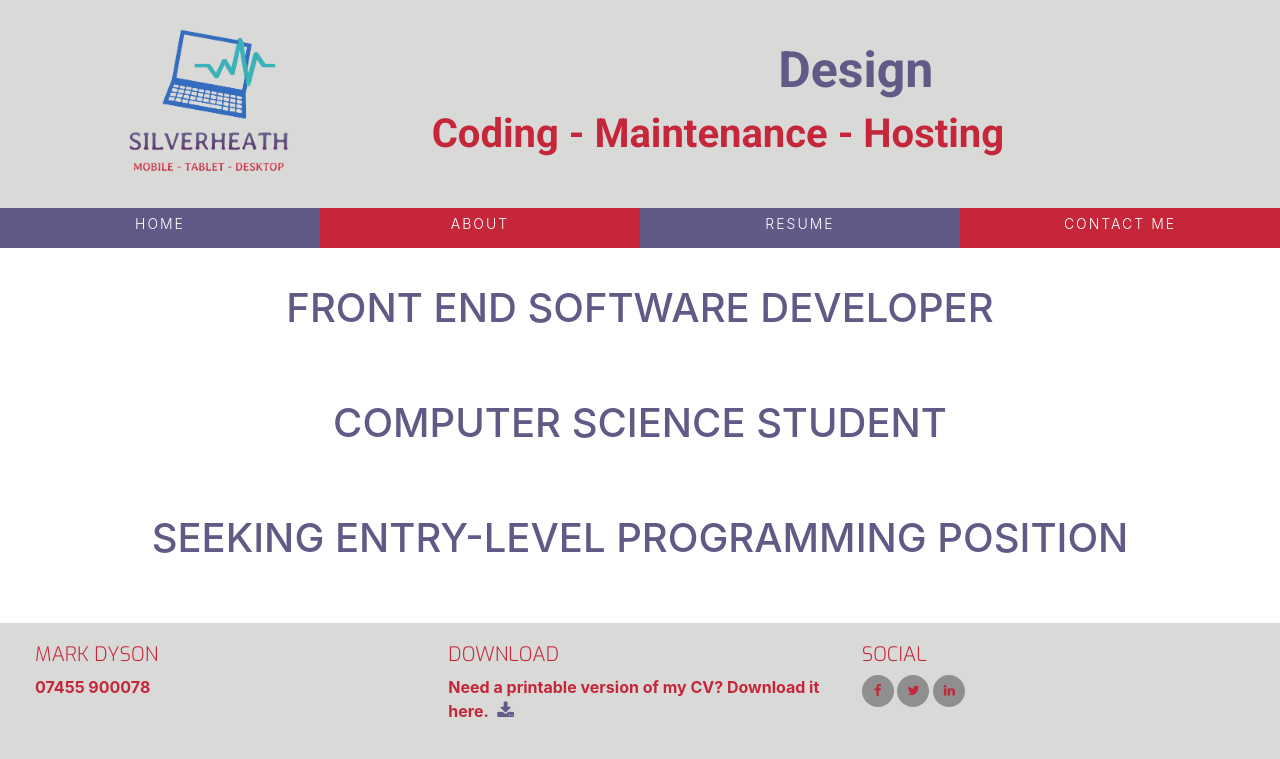
Repository: Code-Institute-Submissions/silverheath
Page: index.html
The author's editor kept a record of every edit. The page is drawn from the files as they stood at one moment, then again after the next edit.
The browser window is 1280 px wide. The pictures show the whole page.
Some web libraries are served in a nearby version.

Above is the page before.

### index.html
<!DOCTYPE html>
<html lang="en">

<head>
    <meta name="author" content="Mark Dyson">
    <meta charset="UTF-8">
    <meta name="viewport" content="width=device-width, initial-scale=1.0">
    <meta http-equiv="X-UA-Compatible" content="ie=edge">
    <link rel="stylesheet" href="https://maxcdn.bootstrapcdn.com/bootstrap/4.2.1/css/bootstrap.min.css" type="text/css" />
    <link rel="stylesheet" href="https://maxcdn.bootstrapcdn.com/font-awesome/4.7.0/css/font-awesome.min.css" type="text/css" />
    <link rel="stylesheet" href="https://cdnjs.cloudflare.com/ajax/libs/hover.css/2.1.1/css/hover-min.css" type="text/css" />
    <link rel="stylesheet" href="assets/css/style.css">
    <title>SilverHeath</title>
</head>

<body>
    <header>
        <div class="row no-gutters">
            <a class="col-md-4 logo" href="index.html"></a>
            <div class="col-md-8">
                <div class="row no-gutters bg-color-name-title">
                    <div class="col heading">
                        <h1 class="name" <h1 class="name">Design</h1>
                        <h2 class="title">Coding - Maintenance - Hosting</h2>
                    </div>
                </div>
                </div
                <div class="row no-gutters">
                    <div class="col">
                        <ul id="nav" class="list-inline menucontainer">
                            <li class="col-6 col-sm-3 list-inline-item ui-menu-color-home menuitem">
                                <a href="index.html" class="hvr-bounce-to-top"><span>Home</span></a>
                            </li>
                            <li class="col-6 col-sm-3 list-inline-item ui-menu-color-about menuitem">
                                <a href="about.html" class="hvr-bounce-to-bottom"><span>About</span></a>
                            </li>
                            <li class="col-6 col-sm-3 list-inline-item ui-menu-color-resume menuitem">
                                <a href="resume.html" class="hvr-bounce-to-top"><span>Resume</span></a>
                            </li>
                            <li class="col-6 col-sm-3 list-inline-item ui-menu-color-contact menuitem">
                                <a href="contact.html" class="hvr-bounce-to-bottom"><span>Contact Me</span></a>
                            </li>
                        </ul>
                    </div>
                </div>
            </div>
        </div>
    </header>
          <div class="topline">
          <p>
            <h1>Front End Software Developer</h1> </p>
          </p>
        </div>
          <div class="middleline">
        <p>
          <h1>Computer Science Student</h1> </p>
        </p>
      </div>
      <div class="bottomline">
      <p>
        <h1>Seeking entry-level Programming position</h1> </p>
      </p>
    </div>

                        </div>
                    </div>
                </div>
            </div>
        </div>

    </section>
    <footer class="container-fluid">
        <div id="footer-details" class="row">
            <div class="col-sm-4">
                <h5 class="uppercase general-sub">Mark Dyson</h5>
                <p class="inline-block">
                    07455 900078
                </p>
            </div>
            <div class="col-sm-4">
                <h5 class="uppercase general-sub">Download</h5>
                <p class="inline-block">
                  Need a printable version of my CV? Download it here.
                  <a href="assets/cv/cv.pdf" target="_blank" class="cv-pdf">
                                  <i class="fa fa-download" aria-hidden="true"></i>
                                  <span class="sr-only">Download link.</span>
                              </a>
                </p>
            </div>
            <div class="col-sm-4">
                <h5 class="uppercase general-sub">Social</h5>
                <ul class="list-inline social-links">
                    <li class="list-inline-item">
                        <a target="_blank" href="https://www.facebook.com/T123MRD">
                                        <i class="fa fa-facebook" aria-hidden="true"></i>
                                        <span class="sr-only">Facebook</span>
                                    </a>
                    </li>
                    <li class="list-inline-item">
                        <a target="_blank" href="https://twitter.com/md1858">
                                        <i class="fa fa-twitter" aria-hidden="true"></i>
                                        <span class="sr-only">Twitter</span>
                                    </a>
                    </li>
                    <li class="list-inline-item">
                        <a target="_blank" href="https://www.linkedin.com/in/mark-dyson-ba7397a1/">
                                        <i class="fa fa-linkedin" aria-hidden="true"></i>
                                        <span class="sr-only">LinkedIn</span>
                                    </a>
                    </li>



                </ul>
            </div>
        </div>
    </footer>
</body>

</html>

### assets/css/style.css
@import url('https://fonts.googleapis.com/css?family=Roboto:100,200,300,400,500,600,700|Exo:100,200,300,400,500,600,700');

/*--------------------------------------------Colors*/

.bg-color-name-title {
    background-color: #D9D9D8;
}

.bg-color-main-section {
    background-color: #fff;
}

.bg-color-personal-info {
    background-color: #f4f4f4;
}

.bg-color-portfolio {
    background-color: #625986;
}

.bg-color-contact {
    background-color: white;
}

.ui-menu-color-home {
    background-color: #625986;
}

.ui-menu-color-resume {
    background-color: #625986;
}

.ui-menu-color-about {
    background-color: #C52639;
}

.ui-menu-color-contact {
    background-color: #C52639;
}

.ui-menu-color-download {
    background-color: #525252;
}

.row-table {
    display: table;
}

.section-column {
    display: table-cell;
    padding: 0 30px 30px;
    float: none;
}

.section-heading {
    font-family: "Exo", sans-serif;
    font-weight: 300;
    margin-top: 25px;
    margin-bottom: 60px;
}

.portfolio-heading {
    color: #625986;
    font-weight: bold;
}


/* ----------------------------------------Special paddings/margins/text */

h1,
h2,
h3,
h4 {
    margin: 0;
}

.uppercase {
    text-transform: uppercase;
}

.general-sub {
    font-family: "Exo", sans-serif;
    font-weight: 300;
    color: #C52639;
}

.inline-block {
    display: inline-block;
}

.row-table {
    display: table;
}

.section-column {
    display: table-cell;
    padding: 0 30px 30px;
    float: none;
}

.history-heading,
.section-heading {
    font-family: "Exo", sans-serif;
    font-weight: 300;
    margin-top: 25px;
    margin-bottom: 40px;
}

.bottom-resume {
    padding: 0 130px 130px;

}


/*--------------------------------------------Heading*/

header {
    margin: 0;
}

.heading {
    margin-top: 30px;
    margin-left: 5px;
    margin-bottom: 30px;
}

.logo {
    background: url("../images/logo.jpg");
    background-position: center;
    background-repeat: no-repeat;
    background-size: contain;
    background-color: #D9D9D8;
    min-height: 150px;
    max-height: 247px;
    transition: all .5s ease-in-out;
    -moz-transition: all .5s ease-in-out;
    -webkit-transition: all .5s ease-in-out;
}

.name {
    font-family: "Roboto", sans-serif;
    font-weight: 800;
    font-size: 50px;
    margin-top: 10px;
    margin-bottom: 10px;
    color: #625986;
    text-align: center;
}

.title {
    font-family: "Roboto", sans-serif;
    font-weight: 800;
    font-size: 40px;
    margin-top: 5px;
    margin-bottom: 20px;
    color: #C52639;
    text-align: left;
}

.list-inline-item:not(:last-child) {
    margin: 0;
}

.menucontainer {
    font-size: 0;
}

#nav li {
    font-size: 14px;
    padding: 0;
}

#nav {
    margin: 0;
}

.menuitem {
    height: 40px;
    text-align: center;
    padding: 0;
}

.menuitem a {
    width: 100%;
    text-decoration: none;
    color: #fff;
    height: 40px;
}

.menuitem a i {
    padding-top: 22px;
    display: block;
    color: #fafafa;
    font-size: 26px;
}

.menuitem span {
    display: block;
    width: 100%;
    padding-top: 5px;
    text-align: center;
    text-transform: uppercase;
    font-size: 14px;
    font-weight: 300;
    letter-spacing: 2px;
}

/*----------------------summary----------------------*/

.topline {
    padding-top: 20px;
    padding-bottom: 10px;
    margin-bottom: 15px;
    margin-left: 200;
    text-align: center;
    font-size: 40px;
    text-transform: uppercase;
    font-weight: bold;
    color: #625986;
}

.middleline {
    padding-top: 10px;
    padding-bottom: 10px;
    margin-bottom: 15px;
    margin-left: 200;
    text-align: center;
    font-size: 40px;
    text-transform: uppercase;
    font-weight: bold;
    color: #625986;
}

.bottomline {
    padding-top: 10px;
    padding-bottom: 30px;
    margin-bottom: 15px;
    margin-left: 200;
    text-align: center;
    font-size: 40px;
    text-transform: uppercase;
    font-weight: bold;
    color: #625986;
}

/*----------------------Hover.css----------------------*/

/* hvr-underline-from-center:before */

hvr-outline-out {
    background: #C52639;
    height: 40px;
}

/* ----------------------Footer---------------------- */

footer {
    background-color: #525252;
    color: #C52639;
    min-height: 120px;
    margin: 0;
}

.cv-pdf i {
    font-size: 18px;
    color: #625986;
    text-align: center;
    padding-left: 5px;
    transition: all 0.35s ease-in-out;
    -moz-transition: all 0.35s ease-in-out;
    -webkit-transition: all 0.35s ease-in-out;
    -o-transition: all 0.35s ease-in-out;
}

.cv-pdf i:hover {
    color: #C52639;
}

.social-links {
    padding-bottom: 15px;
}

.social-links li a i {
    width: 32px;
    height: 32px;
    padding: 12px 0;
    border-radius: 50%;
    font-size: 13px;
    line-height: 7px;
    text-align: center;
    color: #C52639;
    background: #8f8f8f;
    transition: all 0.35s ease-in-out;
    -moz-transition: all 0.35s ease-in-out;
    -webkit-transition: all 0.35s ease-in-out;
    -o-transition: all 0.35s ease-in-out;
}

.social-links li a i:hover {
    background: #625986;
}

#footer-details {
    padding: 20px;
    background-color: #D9D9D8;
    color: #C52639;
    font-weight: bold;
}



/* ----------------------Contact Form---------------------- */

.contact-heading {
    font-family: "Exo", sans-serif;
    font-weight: 300;
    margin-top: 25px;
    margin-bottom: 20px;
}

.center-form {
    padding-top: 10px;
    margin: 0 auto;
    max-width: 70%;
}

button[type="submit"] {
    margin-top: 15px;
    margin-bottom: 20px;
    color: white;
    background-color: #625986;
}

/* ----------------------Media Queries---------------------- */

@media(min-width: 992px) {
    .center-form {
        padding-top: 30px;
        min-height: 240px;
        margin: 0 auto;
        max-width: 50%;
    }
}

After the next edit:
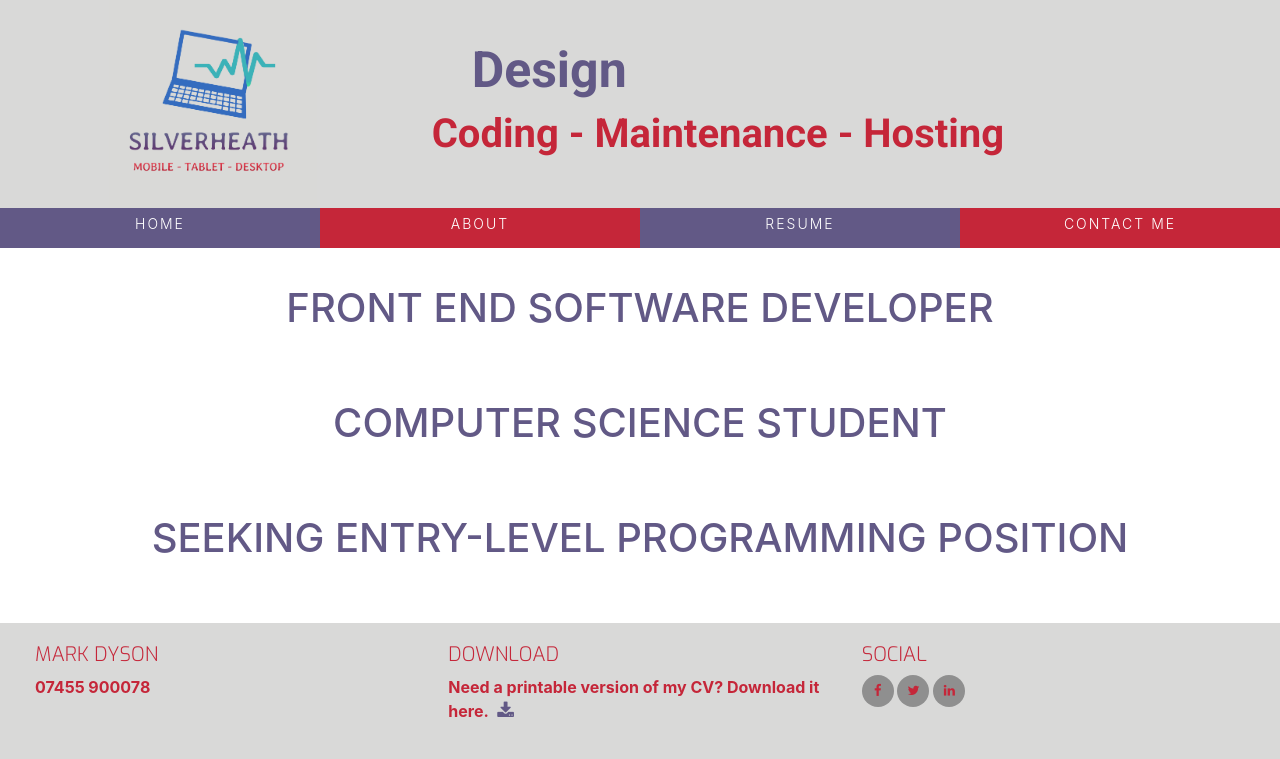
The edit:
--- a/assets/css/style.css
+++ b/assets/css/style.css
@@ -143,8 +143,9 @@
     font-size: 50px;
     margin-top: 10px;
     margin-bottom: 10px;
-    color: #625986;
-    text-align: center;
+    margin-left: 40px;
+    color: #625986;
+    text-align: left;
 }
 
 .title {
